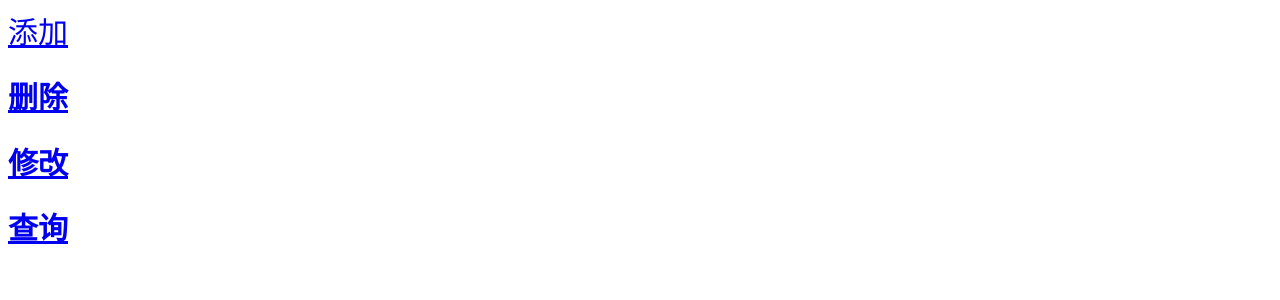
Repository: Matty-GCU/MyEclipse
Page: Java_Web_Learning/WebRoot/chapter06_JSP&JDBC/homework/stu_info_mng_sys.html
The author's editor kept a copy of each file at every save. The page is drawn from the files as they stood at one save, then again after the next save.
The browser window is 1280 px wide. The pictures show the whole page.

Above is the page before, as saved 2021-10-16 09:17:16.

### Java_Web_Learning/WebRoot/chapter06_JSP&JDBC/homework/stu_info_mng_sys.html
<!DOCTYPE html>
<html>
	<head>
		<meta charset="UTF-8">
		<title>20211014(ddl)Java Web作业（第6章）</title>
		<!--
			还有其他实现方法。
			1）比如，用js，这就很灵活了，根据点击内容的不同，进行相应的判定，进入不同的页面（比如添加页面和修改页面是不一样，修改要填两次/两份信息），
			但是老师在这章估计不想让我们用js。
			2）还有就是不用表单，直接用超链接<a href和浮动框架<iframe，也可以对增删改查四种操作进行对应的处理。
		-->
		<style type="text/css">
			a{
				font-size:30px;
			}
		</style>
	</head>
	<body>
		<a href="insert.jsp">添加</a>
		<h1><a href="delete.jsp">删除</a></h1>
		<h1><a href="update.jsp">修改</a></h1>
		<h1><a href="search.jsp">查询</a></h1>
	</body>
</html>

After the next save:
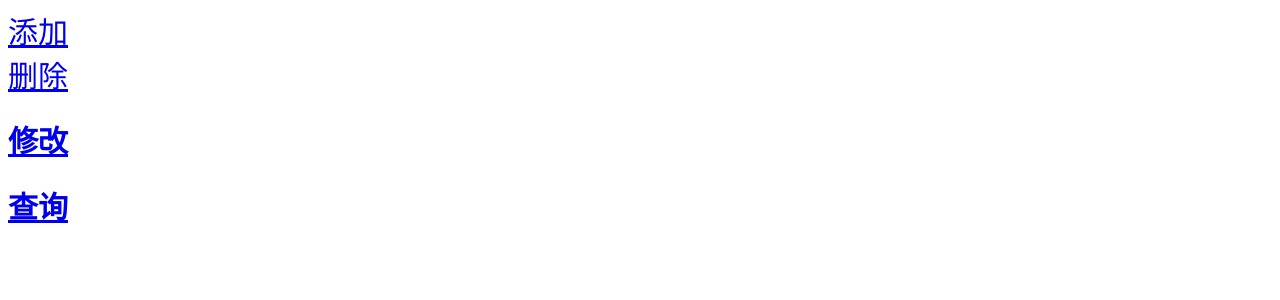
Saved 21 s later.
--- a/Java_Web_Learning/WebRoot/chapter06_JSP&JDBC/homework/stu_info_mng_sys.html
+++ b/Java_Web_Learning/WebRoot/chapter06_JSP&JDBC/homework/stu_info_mng_sys.html
@@ -16,8 +16,8 @@
 		</style>
 	</head>
 	<body>
-		<a href="insert.jsp">添加</a>
-		<h1><a href="delete.jsp">删除</a></h1>
+		<a href="insert.jsp">添加</a><br>
+		<a href="delete.jsp">删除</a><br>
 		<h1><a href="update.jsp">修改</a></h1>
 		<h1><a href="search.jsp">查询</a></h1>
 	</body>
